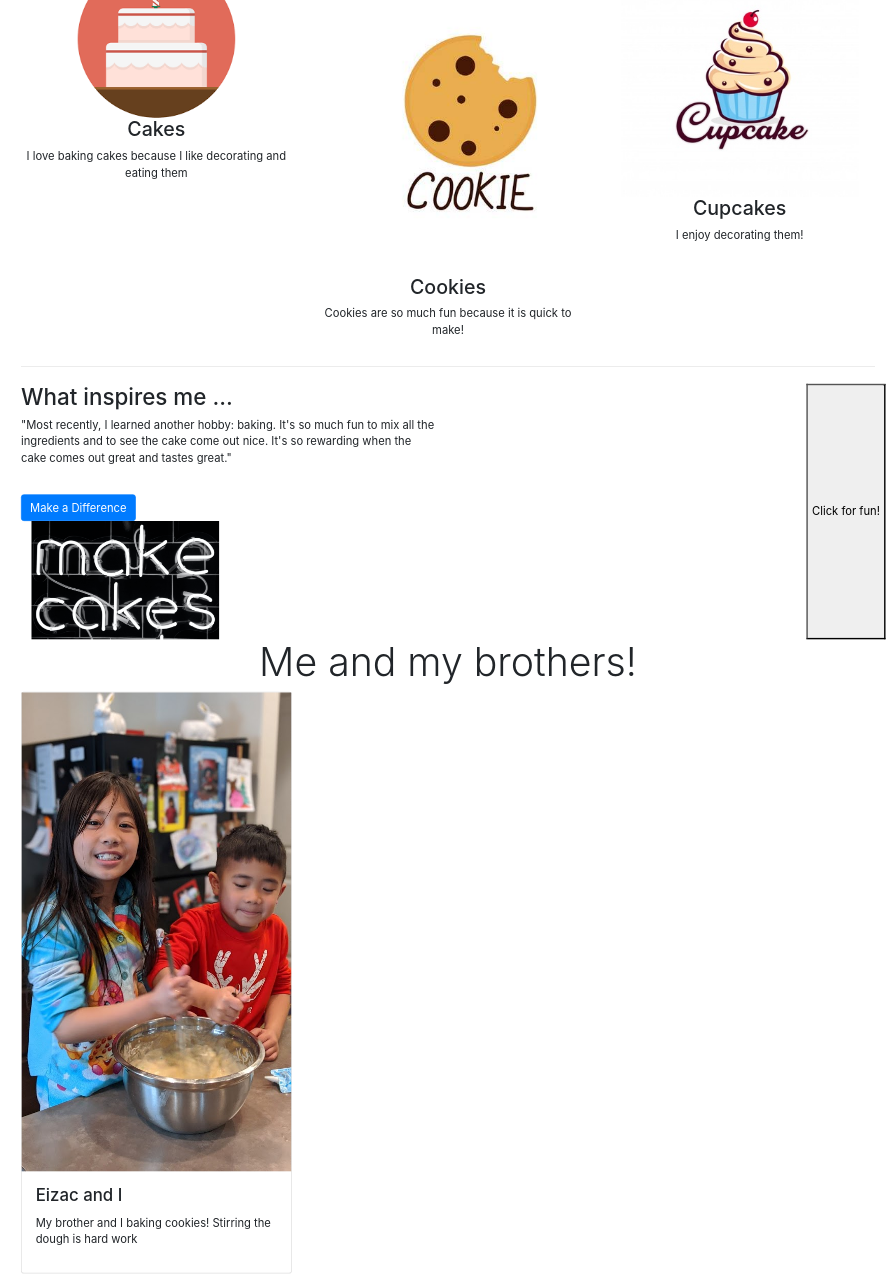
Repository: djzaragoza/Bea-Creation
Page: index.html
The author's editor kept a copy of each file at every save. The page is drawn from the files as they stood at one save, then again after a run of saves.
The browser window is 1280 px wide. The pictures show the part of the page from y = 2645 to 4565 px (the page is 4465 px tall before and 4565 px after), at 70% of full size.
Some web libraries are served in a nearby version.

Above is the page before, as saved 2020-04-07 21:53:02.

After the next 3 saves:
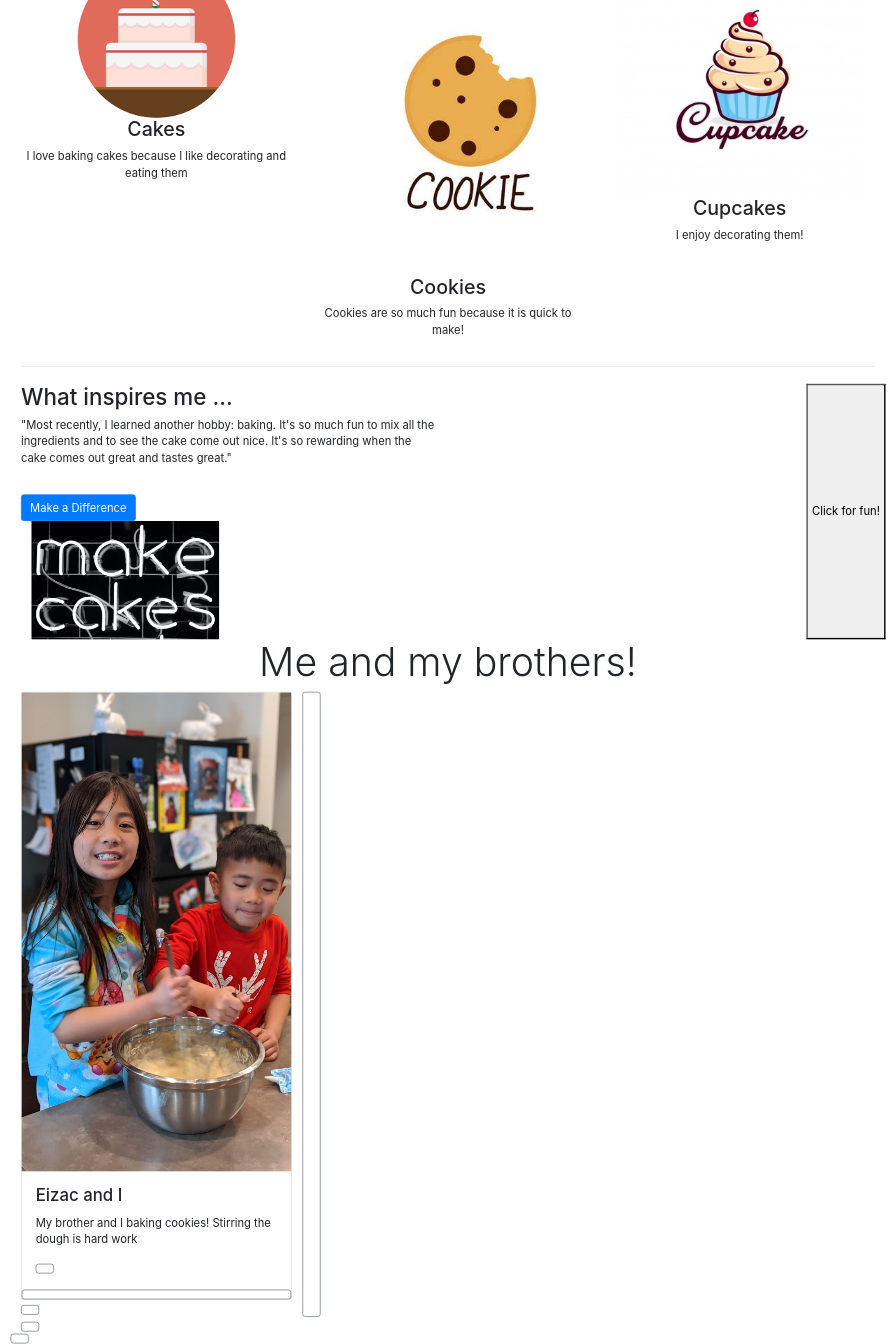
The 3 saves are shown as one change because they came seconds apart.
The last was saved 18 s later.
--- a/index.html
+++ b/index.html
@@ -187,7 +187,7 @@
             <div class="card-body">
                 <h4 class="card-title">Eizac and I</h4>
                 <p class="card-text">My brother and I baking cookies!  Stirring the dough is hard work</p>
-                <a href="#" class=""
+                <a href="#" class="btn btn-outline-secondary">
             </div>
         </div>
     </div>
